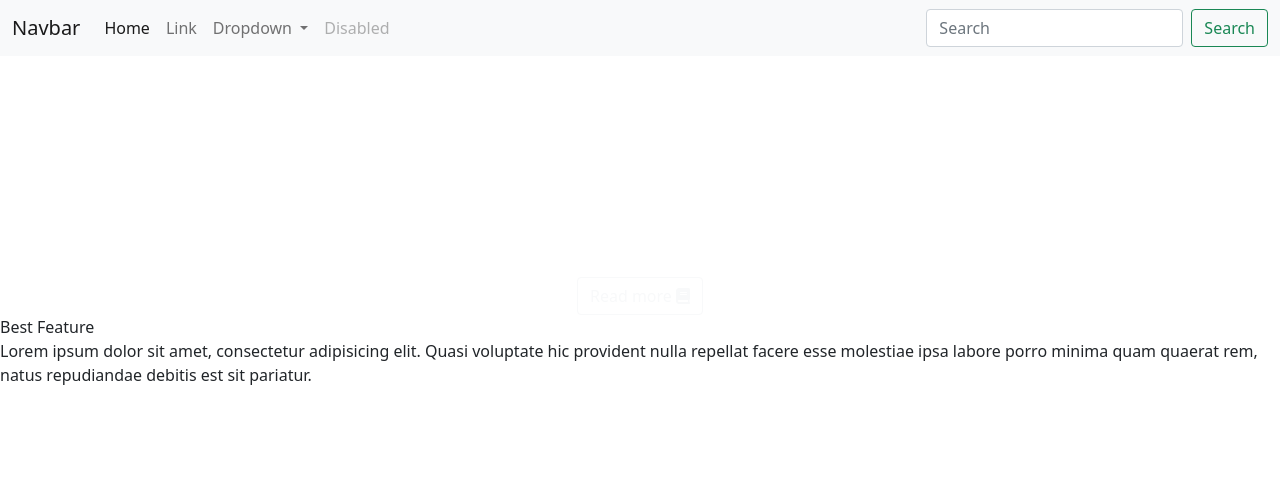
Repository: nptg3105/lab04-landing-page-boostrap5
Page: index.html
An editor plug-in stored every save of this project. The page is shown before and after the next save, followed by the edit.
The browser window is 1280 px wide. The pictures show the whole page.

Above is the page before, as saved 2021-12-19 09:57:16.

### index.html
<!DOCTYPE html>
<html lang="en">
  <head>
    <meta charset="UTF-8" />
    <meta http-equiv="X-UA-Compatible" content="IE=edge" />
    <meta name="viewport" content="width=device-width, initial-scale=1.0" />
    <title>lab04-Landing-Page-Boostrap</title>
    <link
      href="https://cdn.jsdelivr.net/npm/bootstrap@5.1.3/dist/css/bootstrap.min.css"
      rel="stylesheet"
      integrity="sha384-1BmE4kWBq78iYhFldvKuhfTAU6auU8tT94WrHftjDbrCEXSU1oBoqyl2QvZ6jIW3"
      crossorigin="anonymous"
    />
    <link rel="stylesheet" href="https://cdnjs.cloudflare.com/ajax/libs/font-awesome/6.0.0-beta3/css/all.min.css" integrity="sha512-Fo3rlrZj/k7ujTnHg4CGR2D7kSs0v4LLanw2qksYuRlEzO+tcaEPQogQ0KaoGN26/zrn20ImR1DfuLWnOo7aBA==" crossorigin="anonymous" referrerpolicy="no-referrer" />
    <link rel="stylesheet" href="dist/index.css" />
  </head>
  <body>
    <header>
      <nav class="navbar navbar-expand-lg navbar-light bg-light">
        <div class="container-fluid">
          <a class="navbar-brand" href="#">Navbar</a>
          <button
            class="navbar-toggler"
            type="button"
            data-bs-toggle="collapse"
            data-bs-target="#navbarSupportedContent"
            aria-controls="navbarSupportedContent"
            aria-expanded="false"
            aria-label="Toggle navigation"
          >
            <span class="navbar-toggler-icon"></span>
          </button>
          <div class="collapse navbar-collapse" id="navbarSupportedContent">
            <ul class="navbar-nav me-auto mb-2 mb-lg-0">
              <li class="nav-item">
                <a class="nav-link active" aria-current="page" href="#">Home</a>
              </li>
              <li class="nav-item">
                <a class="nav-link" href="#">Link</a>
              </li>
              <li class="nav-item dropdown">
                <a
                  class="nav-link dropdown-toggle"
                  href="#"
                  id="navbarDropdown"
                  role="button"
                  data-bs-toggle="dropdown"
                  aria-expanded="false"
                >
                  Dropdown
                </a>
                <ul class="dropdown-menu" aria-labelledby="navbarDropdown">
                  <li><a class="dropdown-item" href="#">Action</a></li>
                  <li><a class="dropdown-item" href="#">Another action</a></li>
                  <li><hr class="dropdown-divider" /></li>
                  <li>
                    <a class="dropdown-item" href="#">Something else here</a>
                  </li>
                </ul>
              </li>
              <li class="nav-item">
                <a class="nav-link disabled">Disabled</a>
              </li>
            </ul>
            <form class="d-flex">
              <input
                class="form-control me-2"
                type="search"
                placeholder="Search"
                aria-label="Search"
              />
              <button class="btn btn-outline-success" type="submit">
                Search
              </button>
            </form>
          </div>
        </div>
      </nav>
      <div class="hero">
       <div class="container-fluid d-flex align-items-center justify-content-center h-100">
         <div class="row d-flex justify-content-center text-center">
           <div class="col-md-10">
            <h2 class="text-white display-4 fw-bold pt-5 mb-2">Travel</h2>
            <h4 class="text-white my-4">Lorem ipsum dolor sit amet, consectetur adipisicing elit. Deleniti consequuntur.</h4>
            <button class="btn btn-outline-light">Read more <i class="fa fa-book"></i></button>
           </div>
         </div>
       </div>
      </div>
      <div class="feature">
        <div class="feature__heading">Best Feature</div>
        <div class="feature__detail">Lorem ipsum dolor sit amet, consectetur adipisicing elit. Quasi voluptate hic provident nulla repellat facere esse molestiae ipsa labore porro minima quam quaerat rem, natus repudiandae debitis est sit pariatur.</div>
      </div>
    </header>

    </p>

    <script
      src="https://cdn.jsdelivr.net/npm/bootstrap@5.1.3/dist/js/bootstrap.bundle.min.js"
      integrity="sha384-ka7Sk0Gln4gmtz2MlQnikT1wXgYsOg+OMhuP+IlRH9sENBO0LRn5q+8nbTov4+1p"
      crossorigin="anonymous"
    ></script>
  </body>
</html>

### dist/index.css
* {
  box-sizing: border-box;
  margin: 0;
  padding: 0;
}
body {
  line-height: 1.5;
}
:root {
  --color-bg: #ecf2f8;
  --color-white: #fff;
  --color-violet: #7541c8;
  --color-light-grey: #cfcfcf;
  --color-dark-grey: #19212e;
  --color-grey: #48556a;
}
.hero {
  background: url(https://mdbootstrap.com/img/Photos/Horizontal/Nature/full%20page/img%20(
        3
      ).jpg)
    no-repeat 50% fixed;
}
/*# sourceMappingURL=index.css.map */

After the next save:
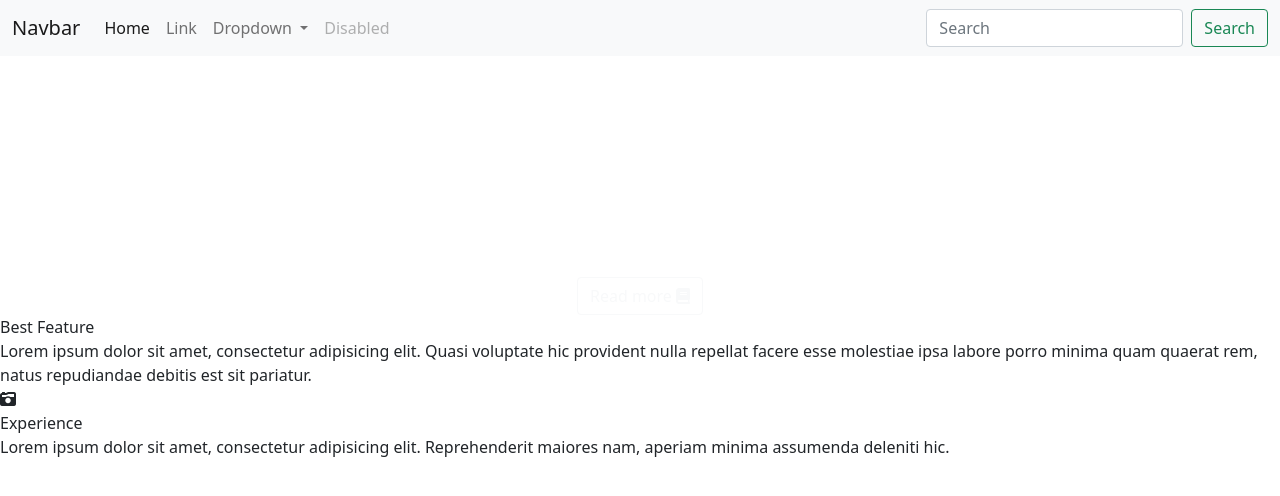
Saved 5 min 4 s later.
--- a/index.html
+++ b/index.html
@@ -90,6 +90,13 @@
       <div class="feature">
         <div class="feature__heading">Best Feature</div>
         <div class="feature__detail">Lorem ipsum dolor sit amet, consectetur adipisicing elit. Quasi voluptate hic provident nulla repellat facere esse molestiae ipsa labore porro minima quam quaerat rem, natus repudiandae debitis est sit pariatur.</div>
+        <div class="feature__list">
+          <div class="feature__item">
+            <div class="feature__icon"><i class="fas fa-camera-retro"></i></div>
+            <div class="feature__title">Experience</div>
+            <div class="feature__desc">Lorem ipsum dolor sit amet, consectetur adipisicing elit. Reprehenderit maiores nam, aperiam minima assumenda deleniti hic.</div>
+          </div>
+        </div>
       </div>
     </header>
 
